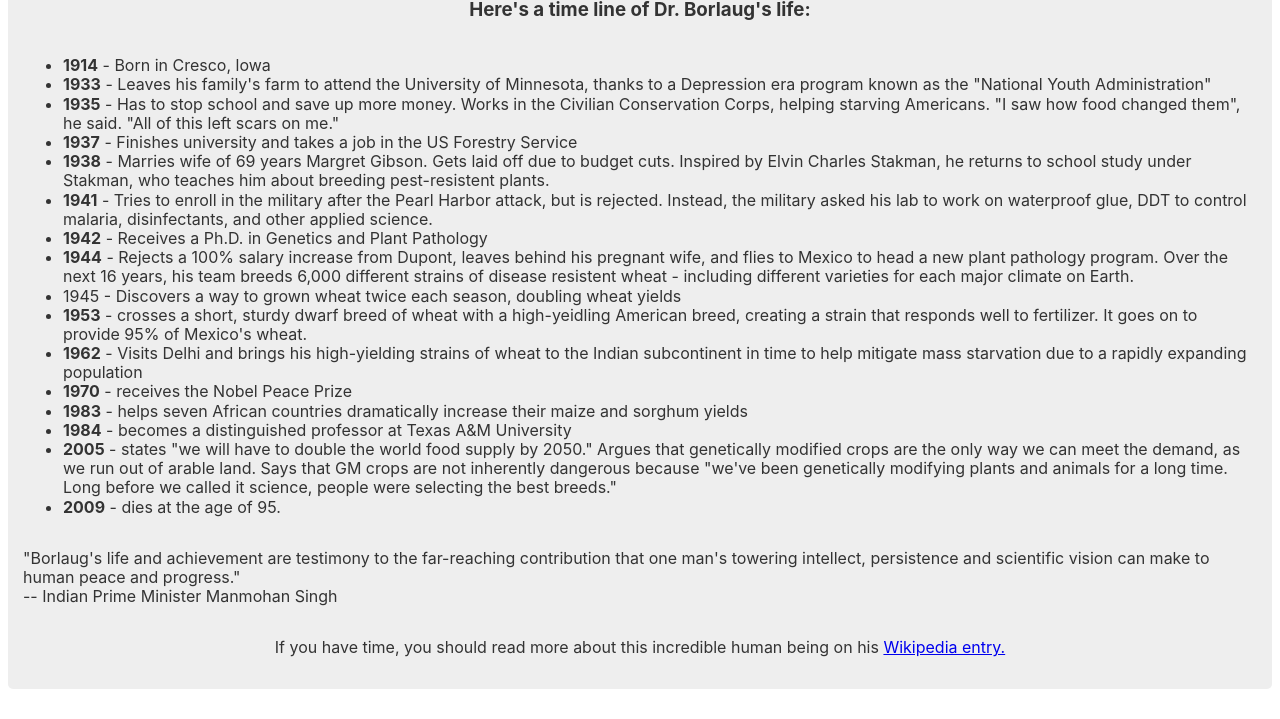
Repository: Lungdjos/tribute-page-certificate
Page: index.html
The author's editor kept a copy of each file at every save. The page is drawn from the files as they stood at one save, then again after the next save.
The browser window is 1280 px wide. The pictures show the part of the page from y = 508 to 1235 px (the page is 1227 px tall before and 1235 px after).
A picture or video elsewhere on the page could not be fetched, so the positions and the page height are approximate.

Above is the page before, as saved 2023-10-30 12:34:05.

After the next save:
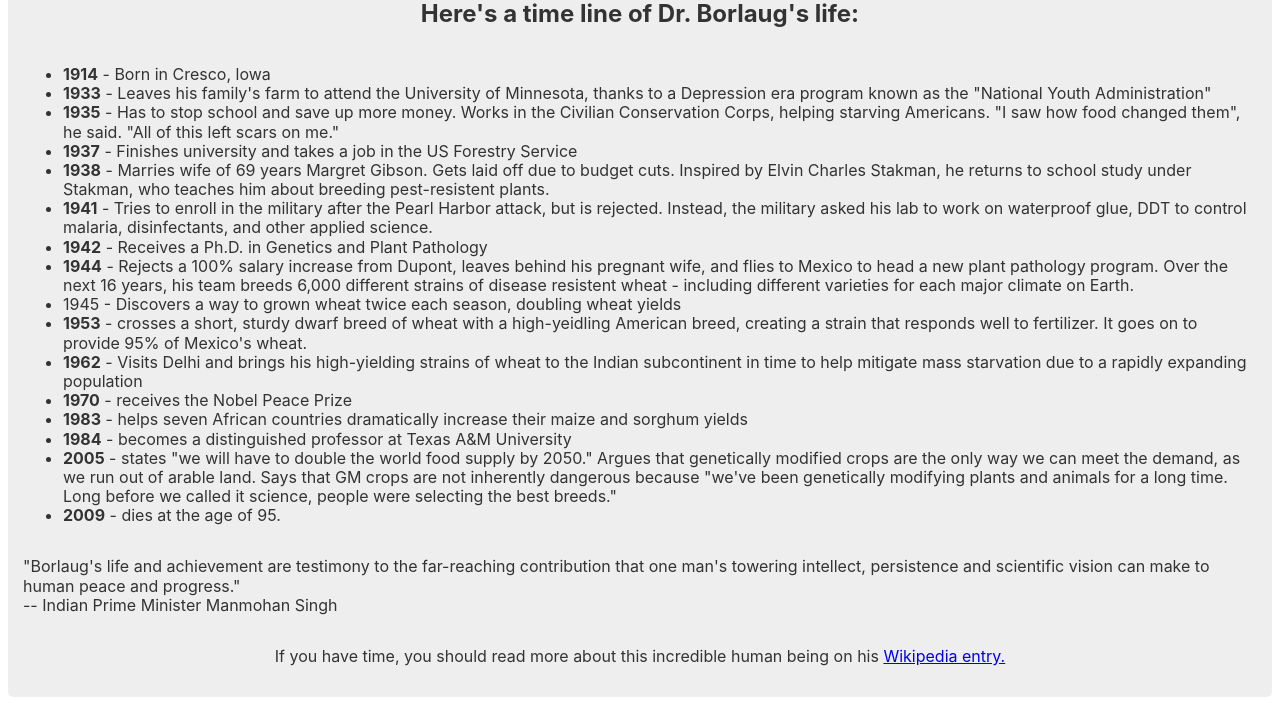
Saved 26 s later.
--- a/index.html
+++ b/index.html
@@ -17,31 +17,31 @@
             <figcaption id="img-caption">Dr. Norman Borlaug, third from the left, trains biologists in Mexico on how to increase wheat yields - part of his life-long war on hunger.</figcaption>
         </div>
         <div id="tribute-info">
-            <h3>Here's a time line of Dr. Borlaug's life:</h3>
-            <ul>
-                <li><strong>1914</strong> - Born in Cresco, lowa</li>
-                <li><strong>1933</strong> - Leaves his family's farm to attend the University of Minnesota, thanks to a Depression era program known as the "National Youth Administration"</li>
-                <li><strong>1935</strong> - Has to stop school and save up more money. Works in the Civilian Conservation Corps, helping starving Americans. "I saw how food changed them", he said. "All of this left scars on me."</li>
-                <li><strong>1937</strong> - Finishes university and takes a job in the US Forestry Service</li>
-                <li><strong>1938</strong> - Marries wife of 69 years Margret Gibson. Gets laid off due to budget cuts. Inspired by Elvin Charles Stakman, he returns to school study under Stakman, who teaches him about breeding pest-resistent plants.</li>
-                <li><strong>1941</strong> - Tries to enroll in the military after the Pearl Harbor attack, but is rejected. Instead, the military asked his lab to work on waterproof glue, DDT to control malaria, disinfectants, and other applied science.</li>
-                <li><strong>1942</strong> - Receives a Ph.D. in Genetics and Plant Pathology</li>
-                <li><strong>1944</strong> - Rejects a 100% salary increase from Dupont, leaves behind his pregnant wife, and flies to Mexico to head a new plant pathology program. Over the next 16 years, his team breeds 6,000 different strains of disease
-                    resistent wheat - including different varieties for each major climate on Earth.</li>
-                <li>1945<strong></strong> - Discovers a way to grown wheat twice each season, doubling wheat yields</li>
-                <li><strong>1953</strong> - crosses a short, sturdy dwarf breed of wheat with a high-yeidling American breed, creating a strain that responds well to fertilizer. It goes on to provide 95% of Mexico's wheat.</li>
-                <li><strong>1962</strong> - Visits Delhi and brings his high-yielding strains of wheat to the Indian subcontinent in time to help mitigate mass starvation due to a rapidly expanding population</li>
-                <li><strong>1970</strong> - receives the Nobel Peace Prize</li>
-                <li><strong>1983</strong> - helps seven African countries dramatically increase their maize and sorghum yields</li>
-                <li><strong>1984</strong> - becomes a distinguished professor at Texas A&M University</li>
-                <li><strong>2005</strong> - states "we will have to double the world food supply by 2050." Argues that genetically modified crops are the only way we can meet the demand, as we run out of arable land. Says that GM crops are not inherently
-                    dangerous because "we've been genetically modifying plants and animals for a long time. Long before we called it science, people were selecting the best breeds."</li>
-                <li><strong>2009</strong> - dies at the age of 95.</li>
+            <h2>Here's a time line of Dr. Borlaug's life:</h3>
+                <ul>
+                    <li><strong>1914</strong> - Born in Cresco, lowa</li>
+                    <li><strong>1933</strong> - Leaves his family's farm to attend the University of Minnesota, thanks to a Depression era program known as the "National Youth Administration"</li>
+                    <li><strong>1935</strong> - Has to stop school and save up more money. Works in the Civilian Conservation Corps, helping starving Americans. "I saw how food changed them", he said. "All of this left scars on me."</li>
+                    <li><strong>1937</strong> - Finishes university and takes a job in the US Forestry Service</li>
+                    <li><strong>1938</strong> - Marries wife of 69 years Margret Gibson. Gets laid off due to budget cuts. Inspired by Elvin Charles Stakman, he returns to school study under Stakman, who teaches him about breeding pest-resistent plants.</li>
+                    <li><strong>1941</strong> - Tries to enroll in the military after the Pearl Harbor attack, but is rejected. Instead, the military asked his lab to work on waterproof glue, DDT to control malaria, disinfectants, and other applied science.</li>
+                    <li><strong>1942</strong> - Receives a Ph.D. in Genetics and Plant Pathology</li>
+                    <li><strong>1944</strong> - Rejects a 100% salary increase from Dupont, leaves behind his pregnant wife, and flies to Mexico to head a new plant pathology program. Over the next 16 years, his team breeds 6,000 different strains of disease
+                        resistent wheat - including different varieties for each major climate on Earth.</li>
+                    <li>1945<strong></strong> - Discovers a way to grown wheat twice each season, doubling wheat yields</li>
+                    <li><strong>1953</strong> - crosses a short, sturdy dwarf breed of wheat with a high-yeidling American breed, creating a strain that responds well to fertilizer. It goes on to provide 95% of Mexico's wheat.</li>
+                    <li><strong>1962</strong> - Visits Delhi and brings his high-yielding strains of wheat to the Indian subcontinent in time to help mitigate mass starvation due to a rapidly expanding population</li>
+                    <li><strong>1970</strong> - receives the Nobel Peace Prize</li>
+                    <li><strong>1983</strong> - helps seven African countries dramatically increase their maize and sorghum yields</li>
+                    <li><strong>1984</strong> - becomes a distinguished professor at Texas A&M University</li>
+                    <li><strong>2005</strong> - states "we will have to double the world food supply by 2050." Argues that genetically modified crops are the only way we can meet the demand, as we run out of arable land. Says that GM crops are not inherently
+                        dangerous because "we've been genetically modifying plants and animals for a long time. Long before we called it science, people were selecting the best breeds."</li>
+                    <li><strong>2009</strong> - dies at the age of 95.</li>
 
-            </ul>
-            <p>"Borlaug's life and achievement are testimony to the far-reaching contribution that one man's towering intellect, persistence and scientific vision can make to human peace and progress."<br> -- Indian Prime Minister Manmohan Singh</p>
-            <p class="foot">If you have time, you should read more about this incredible human being on his
-                <a href="https://en.wikipedia.org/wiki/Norman_Borlaug" target="_blank" id="tribute-link">Wikipedia entry.</a></p>
+                </ul>
+                <p>"Borlaug's life and achievement are testimony to the far-reaching contribution that one man's towering intellect, persistence and scientific vision can make to human peace and progress."<br> -- Indian Prime Minister Manmohan Singh</p>
+                <p class="foot">If you have time, you should read more about this incredible human being on his
+                    <a href="https://en.wikipedia.org/wiki/Norman_Borlaug" target="_blank" id="tribute-link">Wikipedia entry.</a></p>
         </div>
     </main>
 
